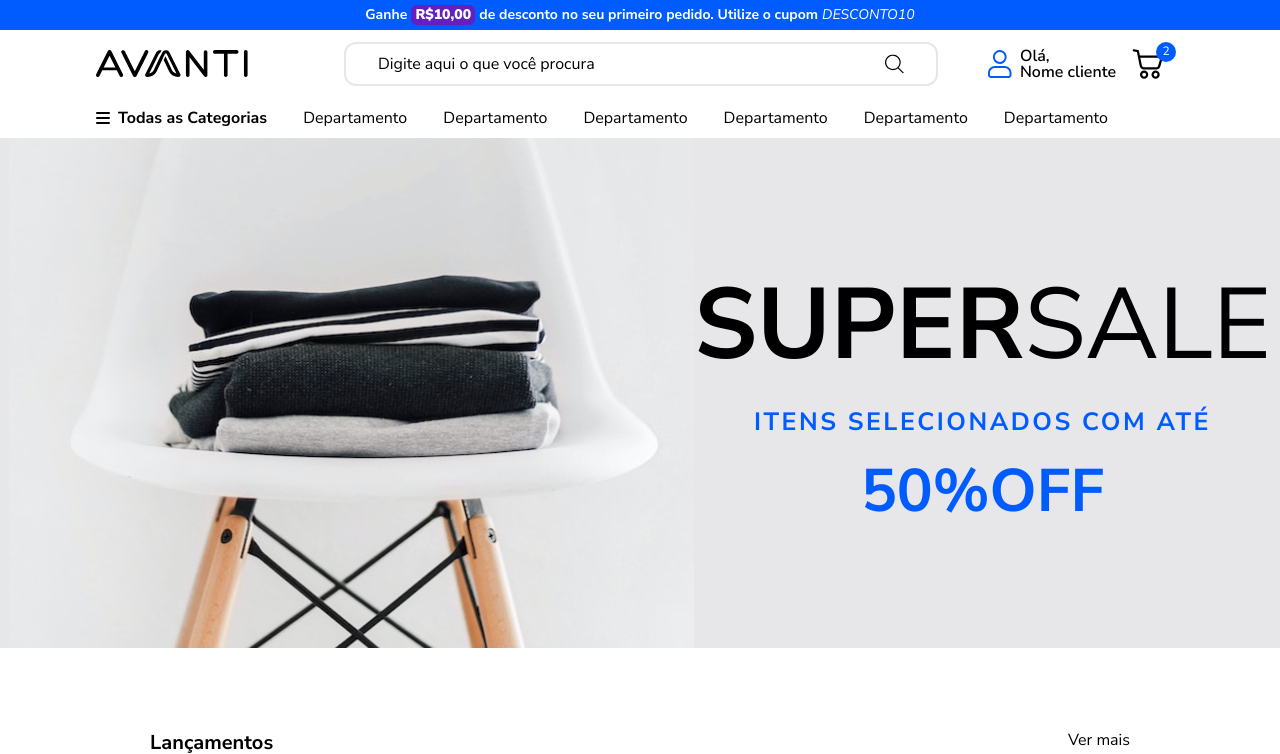
Repository: chidekina/avanti-01
Page: index.html
An editor plug-in stored every save of this project. The page is shown before and after the next save, followed by the edit.
The browser window is 1280 px wide. The pictures show the part of the page from y = 0 to 754 px (the page is 4120 px tall before and 4144 px after).
A picture or video elsewhere on the page could not be fetched, so the positions and the page height are approximate.

Above is the page before, as saved 2025-04-09 17:46:54.

After the next save:
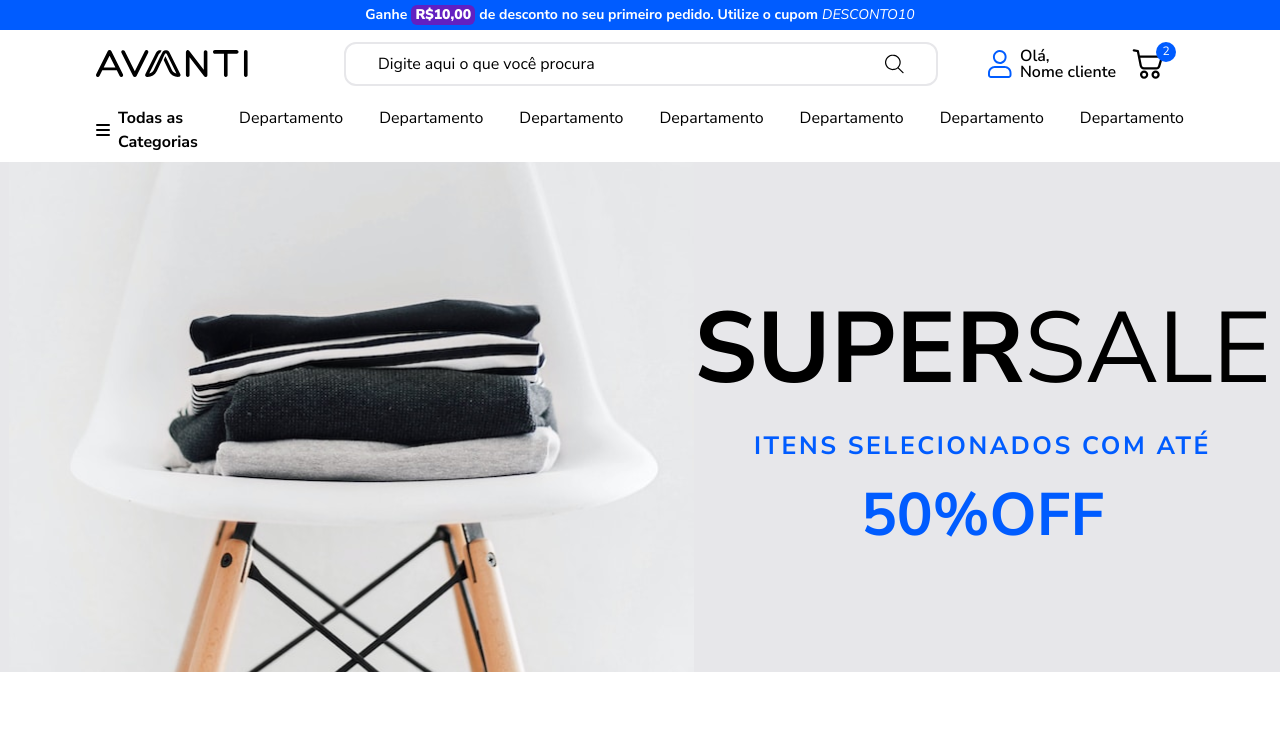
Saved 8 s later.
--- a/index.html
+++ b/index.html
@@ -73,6 +73,9 @@
         <li>
           <a href="#"> Departamento </a>
         </li>
+        <li>
+          <a href="#"> Departamento </a>
+        </li>
         </ul>
       </div>
     </header>

After the 5 saves that followed:
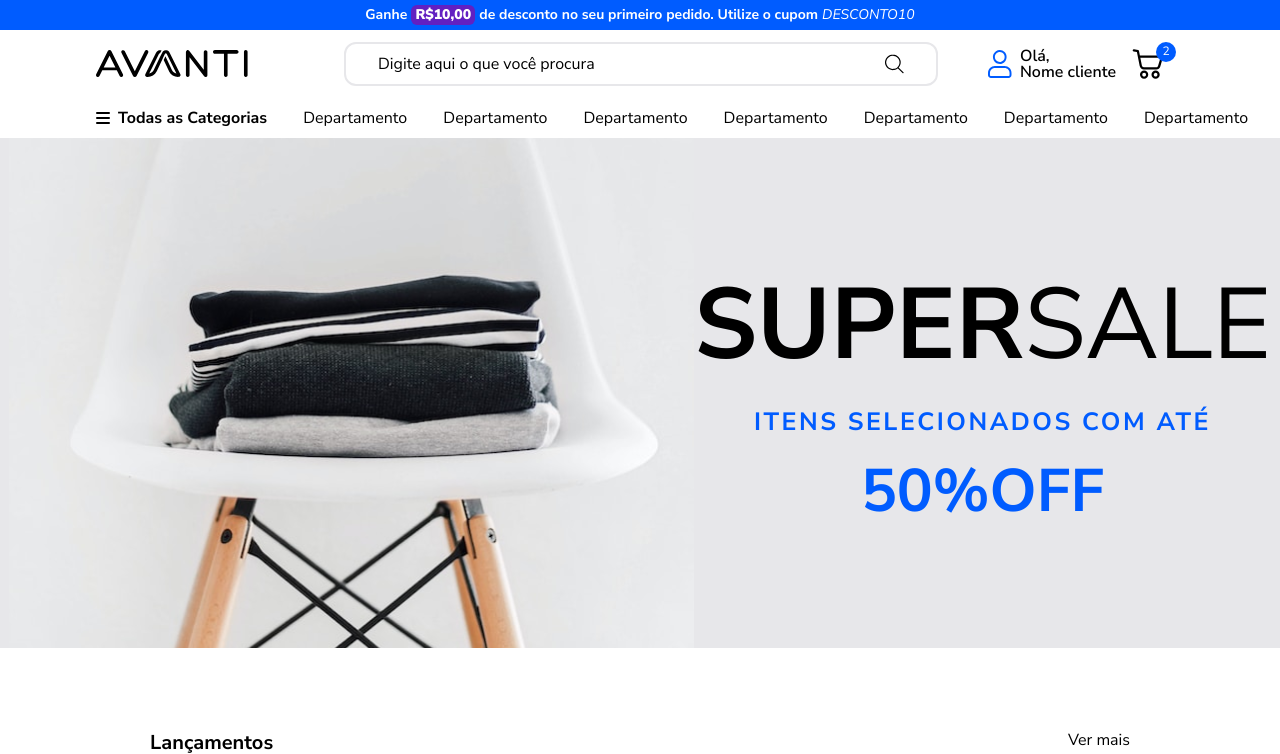
The 5 saves are shown as one change because 3 left the picture as it was and some came seconds apart.
The last was saved 80 s later.
--- a/index.html
+++ b/index.html
@@ -49,9 +49,9 @@
         <ul class="flex gap-9">
           <li>
           <a href="#">
-            <div class="flex gap-2">
+            <div class="flex gap-2 w-max">
               <img src="./assets/menu-hamburger.svg" alt="menu hamburguer" />
-              <h5 class="font-bold" id="menu-button object-contain">Todas as Categorias</h5>
+              <h5 class="font-bold" id="menu-button w-fit">Todas as Categorias</h5>
             </div>
           </a>
         </li>
